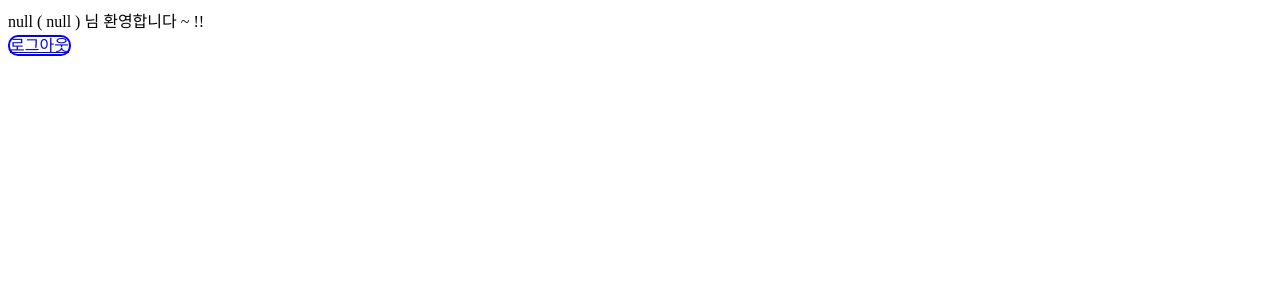
Repository: hyejux/jsp
Page: http://localhost/JSPBasic/session/session_ex01_welcom.jsp
The author's editor kept a copy of each file at every save. The page is drawn from the files as they stood at one save, then again after the next save.
The browser window is 1280 px wide. The pictures show the whole page.
The page is served by Tomcat 10.

Above is the page before, as saved 2024-06-26 05:09:34.

After the next save:
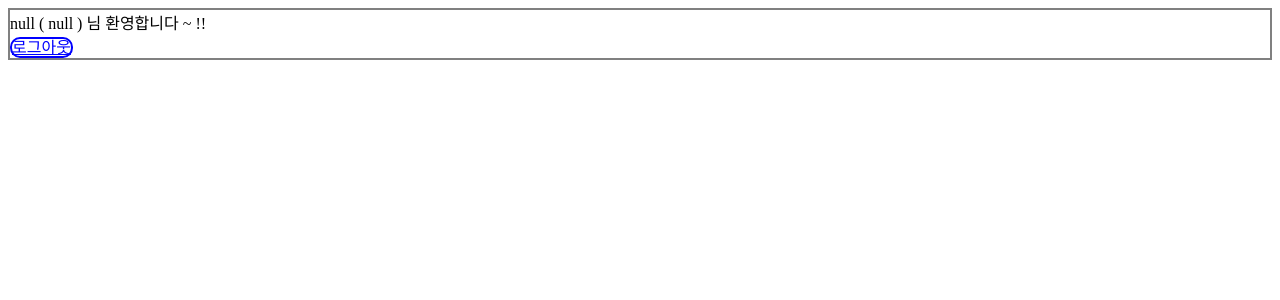
Saved 49 s later.
--- a/JSPBasic/src/main/webapp/session/session_ex01_welcom.jsp
+++ b/JSPBasic/src/main/webapp/session/session_ex01_welcom.jsp
@@ -22,6 +22,9 @@
 border-radius: 10px;
 
 }
+#frame {
+border: 2px solid grey;
+}
 
 </style>
 
@@ -30,10 +33,12 @@
 
 <body>
 
-
+<div id="frame">
 <div> <%= user_id %> ( <%= user_nick %> ) 님 환영합니다 ~ !!</div>
 <div> <a href="session_ex01.jsp" onclick="alert('로그아웃되었습니다')"> 로그아웃 </a>
 </div>
+</div>
+
 
 </body>
 </html>
